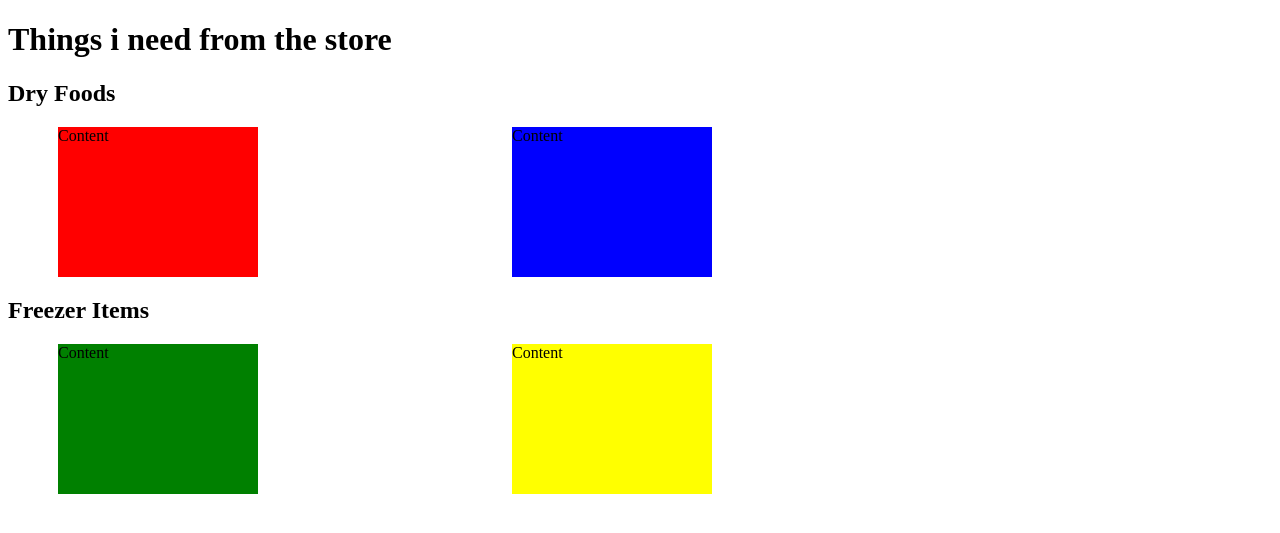
Repository: TheTroyPhillips/Block14
Page: Coursework/Block06/index.html
These files come from the project's save history. The page is drawn as it stood at one moment and after a run of saves; the edit follows.
The browser window is 1280 px wide. The pictures show the whole page.

Above is the page before, as saved 2023-08-29 17:30:26.

### Coursework/Block06/index.html
<!DOCTYPE html>
<html lang="en">
<head>
    <meta charset="UTF-8">
    <meta name="viewport" content="width=device-width, initial-scale=1.0">
    <title>Troy's Grocery List</title>
    <link rel="stylesheet" href="styles.css">
    <style>
        h1{

        }
    </style>
</head>
<body>
    <h1> Things i need from the store</h1>
    <h2> Dry Foods</h2>
      <div class="Box Red"> Content </div>
      <div class="Box Blue"> Content </div>
    <h2> Freezer Items</h2>
      <div class="Box Green"> Content </div>
      <div class="Box Yellow"> Content </div>




</body>
</html>

### Coursework/Block06/styles.css
h2 {
    margin-top: ;
}
.Box{
    width: 200px;
    height:150px;
    color: black;
    display: inline-block;
    margin-right: 200px;
    margin-left: 50px;
}
.Red{
    background-color: red;
}
.Blue{
    background-color: blue;
}
.Green{
    background-color: green;
}
.Yellow{
    background-color: yellow;
}

After the next 3 saves:
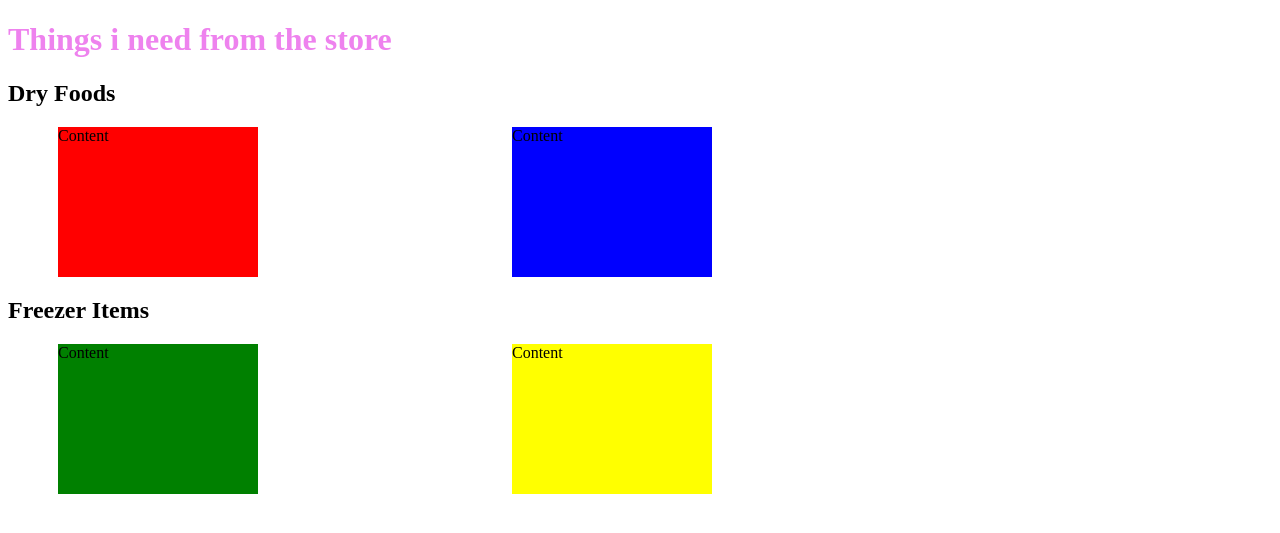
The 3 saves are shown as one change because they came seconds apart.
The last was saved 13 s later.
--- a/Coursework/Block06/index.html
+++ b/Coursework/Block06/index.html
@@ -7,7 +7,7 @@
     <link rel="stylesheet" href="styles.css">
     <style>
         h1{
-
+            color: violet;
         }
     </style>
 </head>
